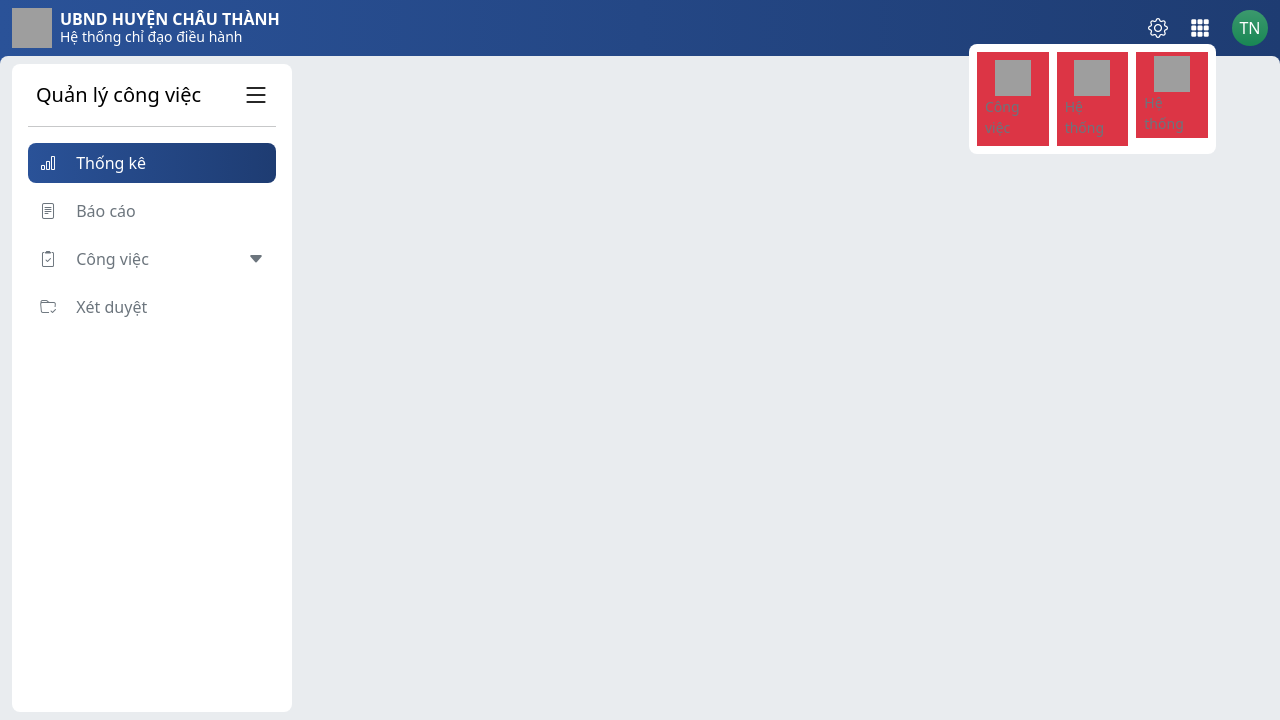
Repository: mys-pro/DATT-HeThongChiDaoDieuHanh
Page: index.html
An editor plug-in stored every save of this project. The page is shown before and after the next save, followed by the edit.
The browser window is 1280 px wide. The pictures show the whole page.
Pictures or frames that could not be fetched are drawn as grey boxes.

Above is the page before, as saved 2024-04-21 15:18:28.

### index.html
<!DOCTYPE html>
<html lang="en">

<head>
    <meta charset="UTF-8">
    <meta name="viewport" content="width=device-width, initial-scale=1.0">
    <link rel="icon" href="./Assets/Image/icon.png" />
    <title>Hệ thống chỉ đạo điều hành</title>
    <link rel="stylesheet" href="./Bootstrap/bootstrap-icons-1.11.3/font/bootstrap-icons.min.css">
    <link rel="stylesheet" href="./Bootstrap/bootstrap-5.3.3-dist/css/bootstrap.min.css">
    <link rel="stylesheet" href="./Assets/css/Styles.css">
    <script src="./Assets/js/jquery-3.7.1.min.js"></script>
    <script src="./Bootstrap/bootstrap-5.3.3-dist/js/bootstrap.bundle.min.js"></script>
    <script src="./Assets/js/script.js"></script>
</head>

<body>
    <div class="app">
        <header class="header">
            <nav class="header__navbar navbar">
                <div class="header__navbar-container container-fluid">
                    <a href="#" class="header__navbar-logo navbar-brand p-0 d-flex">
                        <img class="header__navbar-img" src="./Assets/Image/Logo.png" alt="">
                        <div class="header__navbar-name mx-2 text-white align-content-center">
                            <h6 class="fw-bold p-0 m-0">UBND HUYỆN CHÂU THÀNH</h6>
                            <h6 class="fw-normal p-0 m-0">Hệ thống chỉ đạo điều hành</h6>
                        </div>
                    </a>

                    <ul class="header__navbar-list list-inline p-0 m-0 d-flex">
                        <li class="header__navbar-item ms-3 align-content-center">
                            <a class="border-0 bg-transparent rounded-circle text-white">
                                <i class="bi bi-gear fs-5"></i>
                            </a>
                        </li>
                        <li class="header__navbar-item ms-3 align-content-center position-relative">
                            <button type="button" class="border-0 bg-transparent rounded-circle text-white"
                                id="dropdown-apps">
                                <i class="bi bi-grid-3x3-gap-fill fs-5"></i>
                            </button>
                            <div class="list-apps bg-white rounded-3 position-absolute p-2">
                                <div class="row row-cols-3 g-2">
                                    <div class="col">
                                        <a href="#" class="text-decoration-none text-secondary d-flex flex-column align-items-center bg-danger p-2">
                                            <img src="./Assets/Image/task-icon.png" alt="" width="36px" height="36px">
                                            Công việc
                                        </a>
                                    </div>
                                    <div class="col">
                                        <a href="#" class="text-decoration-none text-secondary d-flex flex-column align-items-center bg-danger p-2">
                                            <img src="./Assets/Image/admin-icon.png" alt="" width="36px" height="36px">
                                            Hệ thống
                                        </a>
                                    </div>
                                    <div class="col">
                                        <a href="#" class="text-decoration-none text-secondary d-flex flex-column align-items-center bg-danger px-2 py-1">
                                            <img src="./Assets/Image/admin-icon.png" alt="" width="36px" height="36px">
                                            Hệ thống
                                        </a>
                                    </div>
                                </div>
                            </div>
                        </li>
                        <li class="header__navbar-item ms-3">
                            <div
                                class="header__navbar-avatar border-0 bg-success bg-gradient rounded-circle text-white text-center align-content-center">
                                TN</div>
                        </li>
                    </ul>
                </div>
            </nav>
        </header>

        <div class="app__container bg-body-secondary rounded-top-3 py-2">
            <div class="container-fluid">
                <div class="sidebar bg-white rounded-3 p-3 open">
                    <div class="side__bar-tile d-flex position-relative">
                        <span class="ms-2 text-black fs-5 text-nowrap">Quản lý công việc</span>
                        <button type="button"
                            class="sidebar__collapse-btn border-0 bg-white position-absolute text-end end-0">
                            <i class="bi bi-list"></i>
                        </button>
                    </div>
                    <hr>

                    <ul class="sidebar-list list-unstyled p-0 m-0">
                        <li class="sidebar-item mb-2">
                            <a href="#" class="rounded-3 text-secondary text-nowrap d-block active">
                                <i class="bi bi-bar-chart me-3"></i>
                                <span>Thống kê</span>
                            </a>
                        </li>

                        <li class="sidebar-item mb-2">
                            <a href="#" class="rounded-3 text-secondary text-nowrap d-block">
                                <i class="bi bi-file-text me-3"></i>
                                <span>Báo cáo</span>
                            </a>
                        </li>

                        <li class="sidebar-item mb-2">
                            <a href="#" class="position-relative rounded-3 text-secondary text-nowrap d-block collapsed"
                                data-bs-toggle="collapse" data-bs-target="#sidebarToggleExternalContent">
                                <i class="bi bi-clipboard2-check me-3"></i>
                                <span>Công việc</span>
                                <i class="bi bi-caret-down-fill"></i>
                            </a>

                            <ul class="sidebar-list-child collapse list-inline text-secondary text-nowrap"
                                id="sidebarToggleExternalContent">
                                <li class="sidebar-item-child mt-2">
                                    <a href="#"
                                        class="text-secondary rounded-3 text-nowrap d-block d-flex justify-content-between align-items-center active">
                                        Tất cả
                                        <span class="badge text-bg-danger rounded-pill">1</span>
                                    </a>
                                </li>
                                <li class="sidebar-item-child mt-2">
                                    <a href="#"
                                        class="text-secondary rounded-3 text-nowrap d-block d-flex justify-content-between align-items-center">
                                        Dự thảo
                                        <span class="badge text-bg-danger rounded-pill">1</span>
                                    </a>
                                </li>
                                <li class="sidebar-item-child mt-2">
                                    <a href="#"
                                        class="text-secondary rounded-3 text-nowrap d-block d-flex justify-content-between align-items-center">
                                        Hoàn thành
                                        <span class="badge text-bg-danger rounded-pill">1</span>
                                    </a>
                                </li>
                                <li class="sidebar-item-child mt-2">
                                    <a href="#"
                                        class="text-secondary rounded-3 text-nowrap d-block d-flex justify-content-between align-items-center">
                                        Chờ phê duyệt
                                        <span class="badge text-bg-danger rounded-pill">1</span>
                                    </a>
                                </li>
                                <li class="sidebar-item-child mt-2">
                                    <a href="#"
                                        class="text-secondary rounded-3 text-nowrap d-block d-flex justify-content-between align-items-center">
                                        Làm lại
                                        <span class="badge text-bg-danger rounded-pill">1</span>
                                    </a>
                                </li>
                                <li class="sidebar-item-child mt-2">
                                    <a href="#"
                                        class="text-secondary rounded-3 text-nowrap d-block d-flex justify-content-between align-items-center">
                                        Bị hủy
                                        <span class="badge text-bg-danger rounded-pill">1</span>
                                    </a>
                                </li>
                            </ul>
                        </li>

                        <li class="sidebar-item mb-2">
                            <a href="#" class="rounded-3 text-secondary text-nowrap d-block">
                                <i class="bi bi-folder-check me-3"></i>
                                <span>Xét duyệt</span>
                            </a>
                        </li>
                    </ul>
                </div>
            </div>
        </div>
    </div>
</body>

</html>

### Assets/css/Styles.css
:root {
    --primary-color: #2a5298;
    --primary-gradient-color: linear-gradient(to left, #1e3c72, #2a5298);
    --bs-body-color: #212529;
}

body {
    overflow: auto;
}

.col-0 {
    display: none;
}

.app {
    background-image: var(--primary-gradient-color);
}
/* ======Navbar====== */
.header__navbar-img {
    width: 40px;
    height: 40px;
}

.header__navbar-name h6:first-child {
    font-size: 16px;
}

.header__navbar-name h6:last-child {
    font-size: 14px;
}

.header__navbar-avatar {
    width: 36px;
    height: 36px;
}

.header__navbar-item a {
    cursor: pointer;
}

.header__navbar-item span {
    top: 25%;
    right: -15px;
}

.list-apps {
    width: 247px;
    right: 0;
    font-size: 14px;
}

/* ======Sidebar====== */
.sidebar {
    --height: calc(100vh - 56px - 16px);
    min-height: var(--height);
    width: 72px;
    transition: all .2s ease-out;
}

.sidebar.open {
    width: 280px;
}

.sidebar a {
    padding: 8px 12px;
    text-decoration: none;
    overflow: hidden;
}

.sidebar span {
    overflow: hidden;
}

.sidebar__collapse-btn {
    font-size: 28px;
    line-height: 0;
}

.sidebar-list-child {
    overflow: hidden;
}

.sidebar-item > a:hover {
    background-color: rgba(0, 0, 0, 0.05) !important;
}

.sidebar-item > a:active {
    background-color: rgba(0, 0, 0, 0.1) !important;
}

.sidebar-item > a.active {
    background-image: var(--primary-gradient-color);
    color: white !important;
}

.sidebar:not(.open) .sidebar-list-child {
    display: none;
}

.sidebar-item > a[data-bs-toggle="collapse"].collapsed > i:last-child {
    position: absolute;
    right: 12px;
    top: 0.5rem;
    transform: rotate(0deg);
    transition: all .2s ease-out;
}

.sidebar-item > a[data-bs-toggle="collapse"] > i:last-child {
    position: absolute;
    right: 12px;
    top: 0.5rem;
    transform: rotate(180deg);
    transition: all .2s ease-out;
}

.sidebar:not(.open) .sidebar-item > a[data-bs-toggle="collapse"] > i:last-child {
    display: none;
}

.sidebar-item-child > a:not(.active):hover {
    background-color: rgba(0, 0, 0, 0.05) !important;
}

.sidebar-item-child > a:not(.active):active,
.sidebar-item-child > a.active {
    background-color: rgba(0, 0, 0, 0.1) !important;
}

@media (max-width: 576px) {
    .sidebar {
        display: none;
    }

    .header__navbar-list {
        display: none !important;
    }
}

### Assets/js/script.js
$(document).ready(function() {
    $('.sidebar__collapse-btn').click(function() {
        $(".sidebar").toggleClass("open");
    });

    $('.sidebar-item > a').click(function() {
        $('.sidebar-item > a').removeClass("active");
        $(this).addClass("active");
        $('#sidebarToggleExternalContent').collapse('hide');
    });

    $('.sidebar-item > a[data-bs-toggle="collapse"]').click(function() {
        $('.sidebar-item-child > a').removeClass("active");
        $('.sidebar-item-child > a:first').addClass("active");
      });

    $('.sidebar-item-child > a').click(function() {
        $('.sidebar-item-child > a').removeClass("active");
        $(this).addClass("active");
    });
});

Loaded but not shown: library/Bootstrap/bootstrap-icons-1.11.3/font/bootstrap-icons.min.css (library); library/Bootstrap/bootstrap-5.3.3-dist/css/bootstrap.min.css (library); Public/js/jquery-3.7.1.min.js (library); library/Bootstrap/bootstrap-5.3.3-dist/js/bootstrap.bundle.min.js (library)

After the next save:
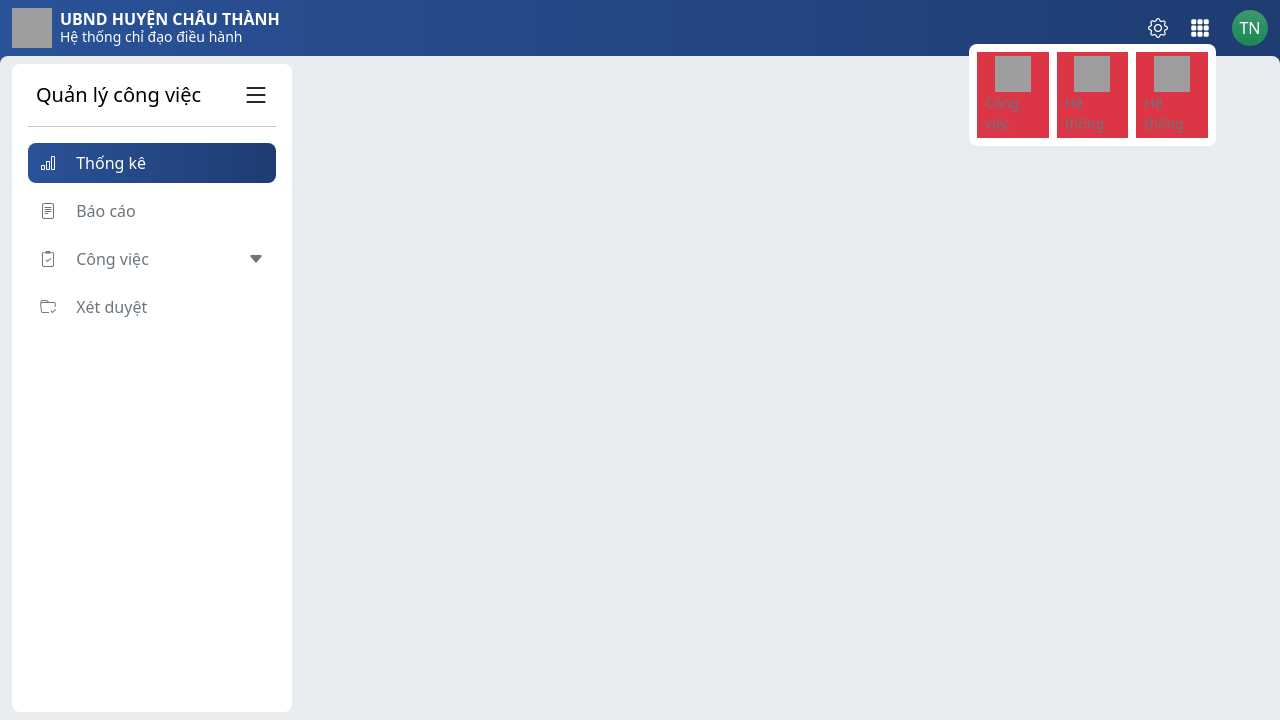
Saved 10 s later.
--- a/index.html
+++ b/index.html
@@ -41,13 +41,13 @@
                             <div class="list-apps bg-white rounded-3 position-absolute p-2">
                                 <div class="row row-cols-3 g-2">
                                     <div class="col">
-                                        <a href="#" class="text-decoration-none text-secondary d-flex flex-column align-items-center bg-danger p-2">
+                                        <a href="#" class="text-decoration-none text-secondary d-flex flex-column align-items-center bg-danger px-2 py-1">
                                             <img src="./Assets/Image/task-icon.png" alt="" width="36px" height="36px">
                                             Công việc
                                         </a>
                                     </div>
                                     <div class="col">
-                                        <a href="#" class="text-decoration-none text-secondary d-flex flex-column align-items-center bg-danger p-2">
+                                        <a href="#" class="text-decoration-none text-secondary d-flex flex-column align-items-center bg-danger px-2 py-1">
                                             <img src="./Assets/Image/admin-icon.png" alt="" width="36px" height="36px">
                                             Hệ thống
                                         </a>
